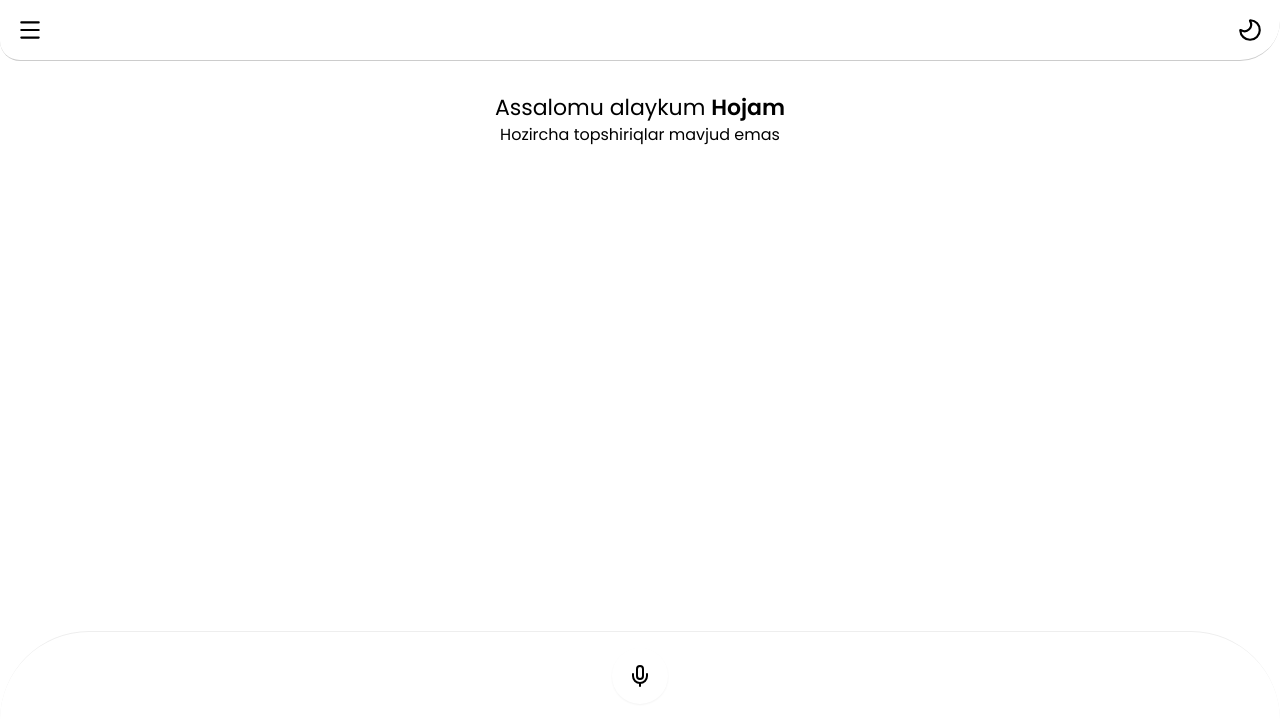
Repository: zaynobiddinovofficel-debug/KotibaAI
Page: / (app in web/)
An editor plug-in stored every save of this project. The page is shown before and after a run of saves, followed by the edit.
The browser window is 1280 px wide. The pictures show the whole page.
Some web fonts or font styles are not loaded; a fallback is used. The project was rebuilt for these pictures with package versions that can differ from the ones it lists, and the page was loaded fresh each time. Also part of the build but not shown: web/vite.config.js.

Above is the page before, as saved 2026-03-25 21:25:25.

After the next 2 saves:
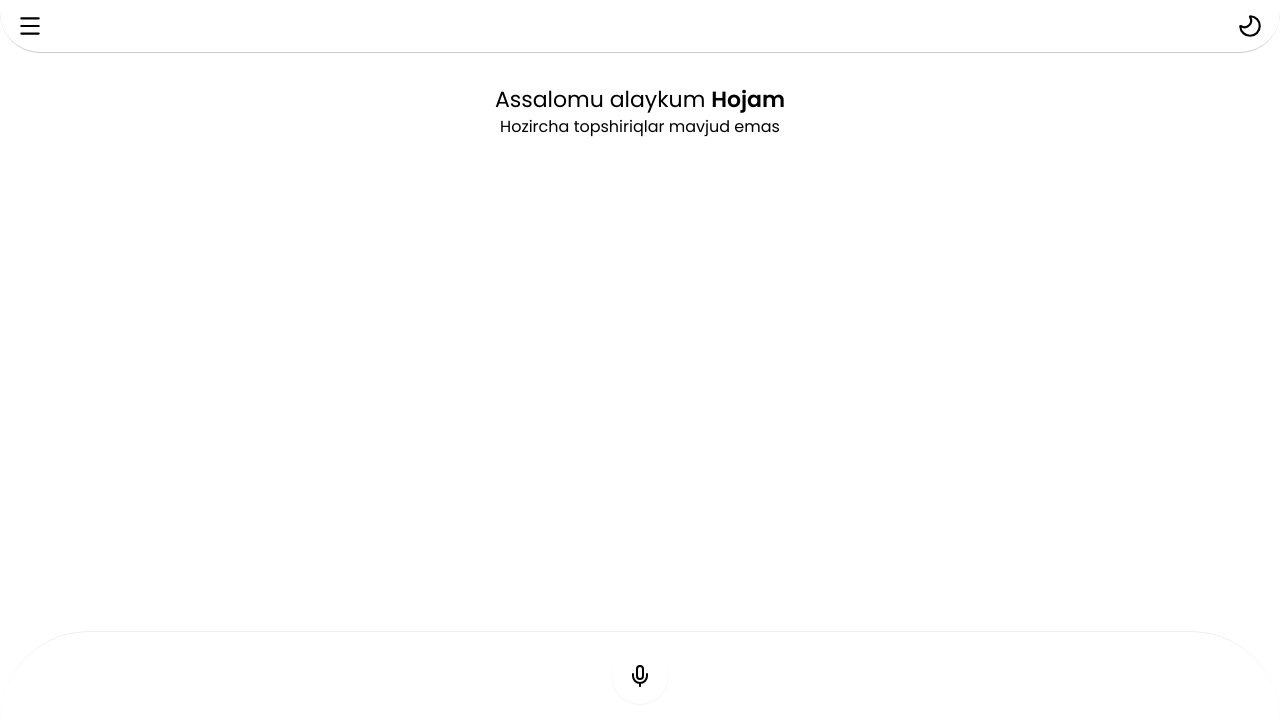
The 2 saves are shown as one change because they came seconds apart.
The last was saved 7 s later.
--- a/web/src/App.jsx
+++ b/web/src/App.jsx
@@ -339,7 +339,7 @@ export default function App() {
 
   return (
     <div className="min-h-screen w-full flex flex-col items-center">
-    <div className="px-3 py-3 max-w-[1280px] w-full border-b border-b-[#0003] flex justify-between rounded-bl-[20px] rounded-br-[40px]">
+    <div className="px-3 py-2 max-w-[1280px] w-full border-b border-b-[#0003] flex justify-between rounded-bl-[40px] rounded-br-[40px]">
       <Button className={`w-[36px]`} variant={'ghost'}>
         <MenuIcon className="size-6.5" />
       </Button>
